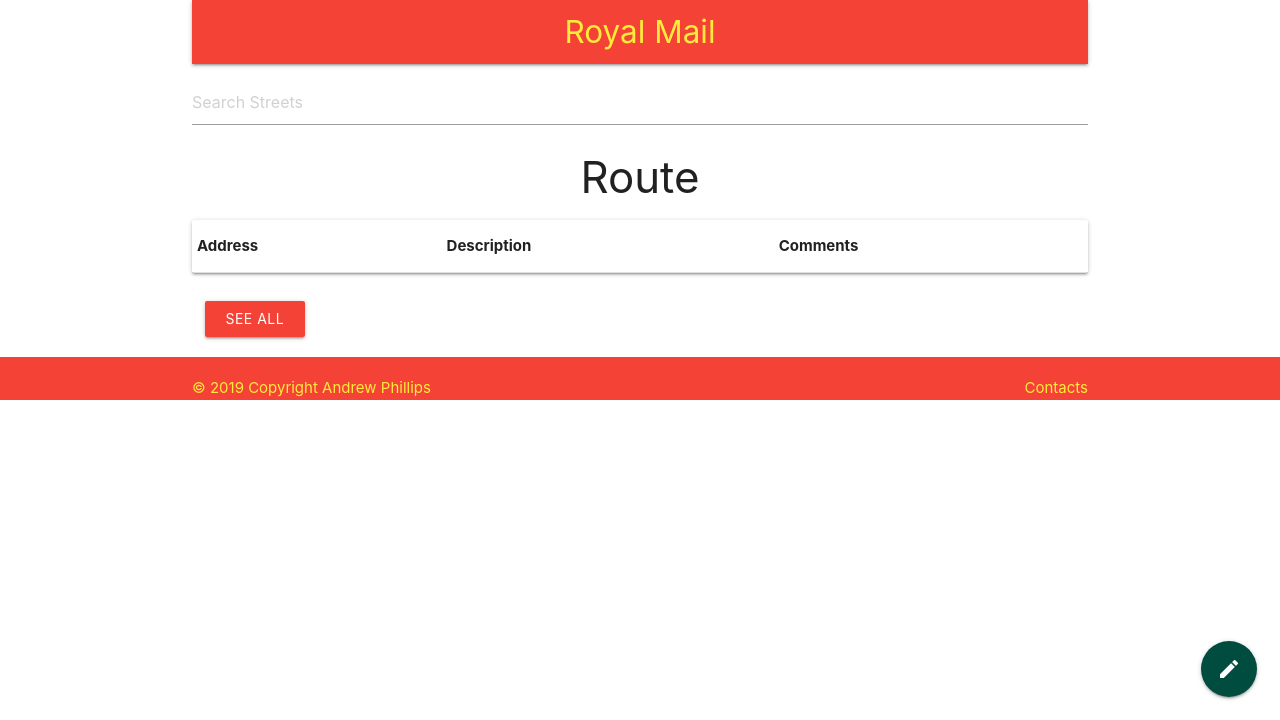
Repository: bandyp/Postal-Reminders
Page: http://localhost/goto_home
The author's editor kept a record of every edit. The page is drawn from the files as they stood at one moment, then again after the next edit.
The browser window is 1280 px wide. The pictures show the whole page.
The page is served by the project's application, run on Flask 3 (app.py). Queries for data that is not in the repository find no rows.

Above is the page before.

After the next edit:
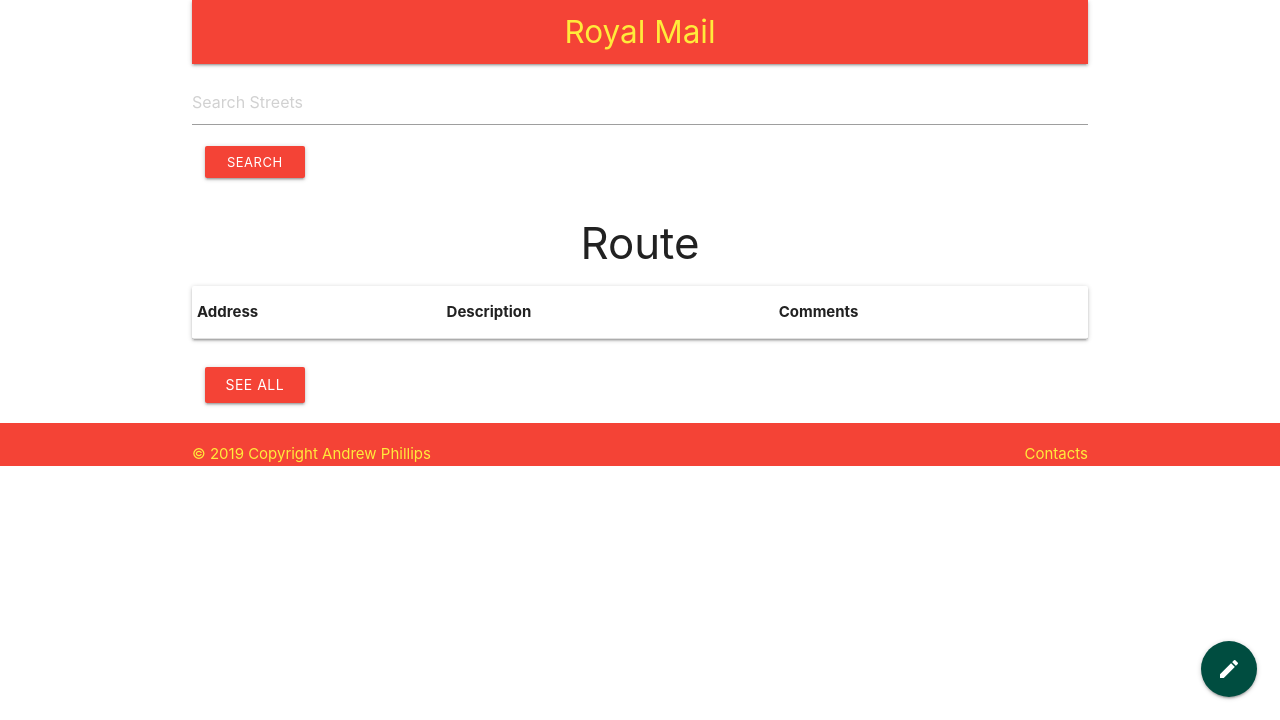
The edit:
--- a/templates/incidents.html
+++ b/templates/incidents.html
@@ -9,8 +9,8 @@
 
     <form action="{{ url_for('searches') }}" method="POST">
       <div class="input-field">
-        <input name="search" id="search" type="search" placeholder="Search Streets" required>
-
+        <input name="search" id="search" type="search" placeholder="Search Streets">
+        <button class="btn btn-info red btn-small btn-site text-center " type="submit">Search</button>
         <i class="material-icons">close</i>
       </div>
     </form>
